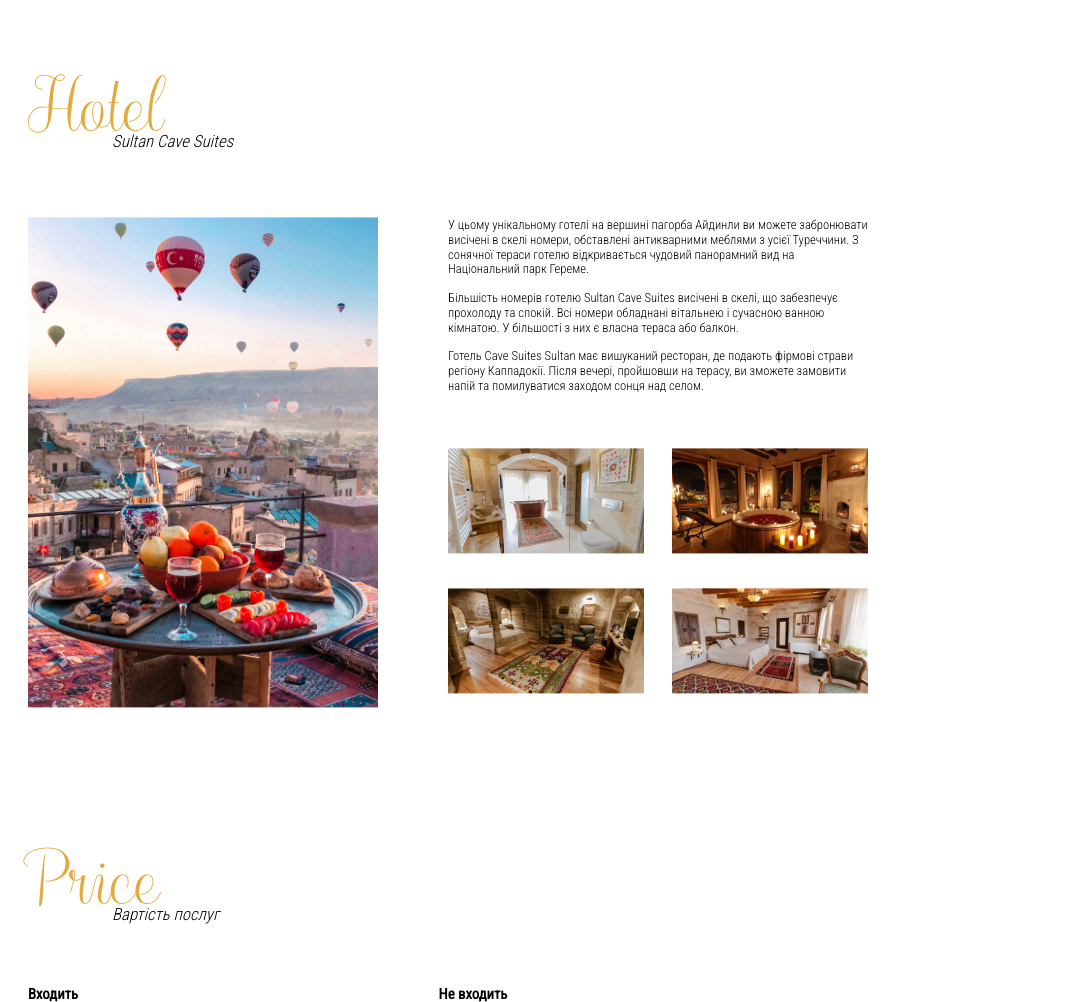
Repository: KYUUBI-K/cappadocia
Page: index.html
These files come from the project's save history. The page is drawn as it stood at one moment and after the next save; the edit follows.
The browser window is 1280 px wide. The page is 1540 px wide, so the pictures cover 1540 px, including what lies to the right of the window. The pictures show the part of the page from y = 3221 to 4821 px (the page is 4653 px tall before and 4821 px after), at 70% of full size.

Above is the page before, as saved 2025-08-21 19:13:21.

After the next save:
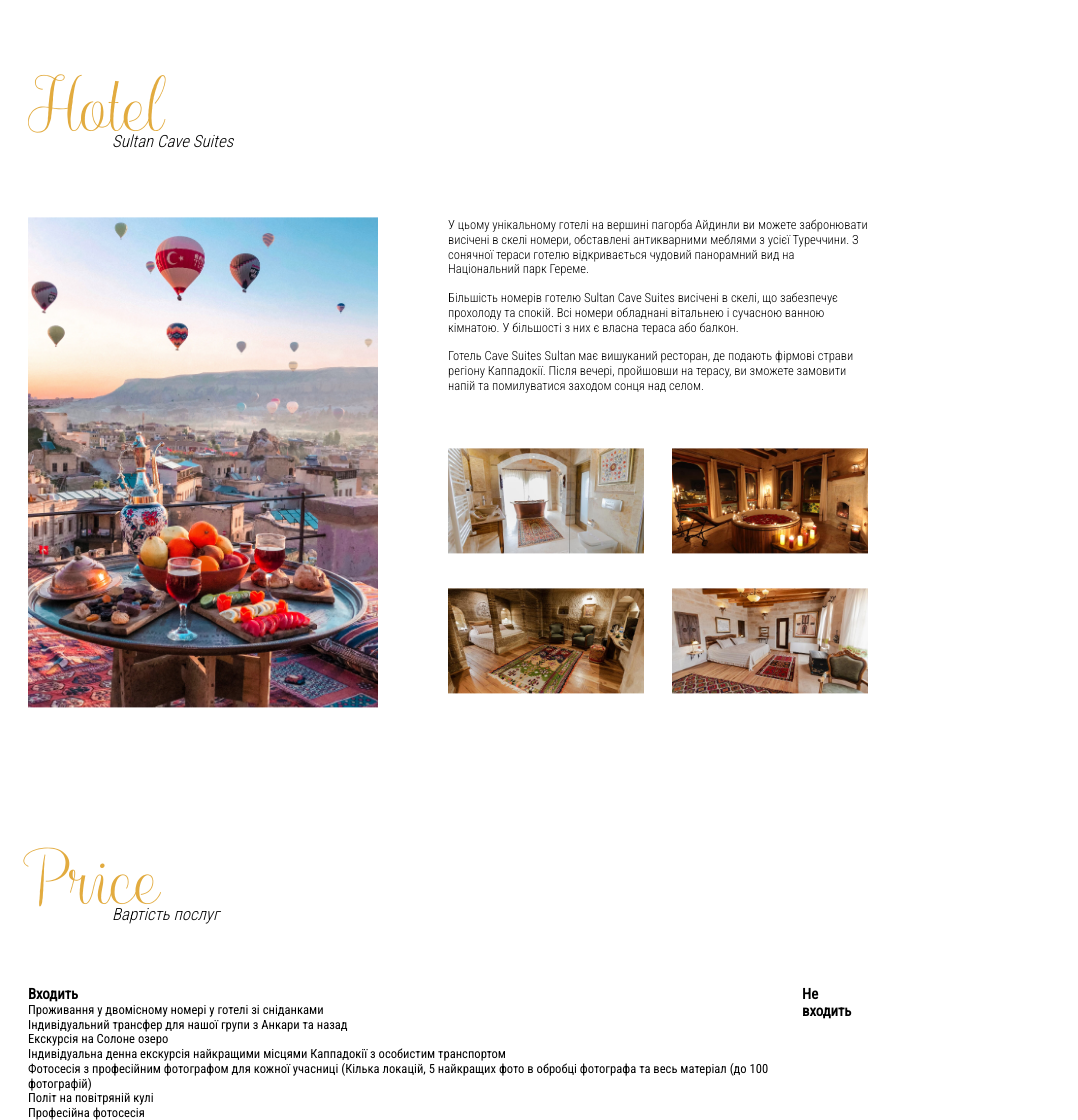
Saved 85 s later.
--- a/index.html
+++ b/index.html
@@ -233,14 +233,20 @@
         <div class="price-content">
           <aside class="price-left">
             <h3>Входить</h3>
+            <ul class="price-list">
+              <li>Проживання у двомісному номері у готелі зі сніданками</li>
+              <li>Індивідуальний трансфер для нашої групи з Анкари та назад</li>
+              <li>Екскурсія на Солоне озеро</li>
+              <li>Індивідуальна денна екскурсія найкращими місцями Каппадокії з особистим транспортом</li>
+              <li>Фотосесія з професійним фотографом для кожної учасниці
+(Кілька локацій, 5 найкращих фото в обробці фотографа та весь матеріал (до 100 фотографій)</li>
+              <li>Політ на повітряній кулі</li>
+              <li>Професійна фотосесія</li>
           </aside>
           <aside class="price-center">
             <h3>Не входить</h3>
           </aside>
           <aside class="price-right">
-
-
-
           </aside>
         </div>
 
